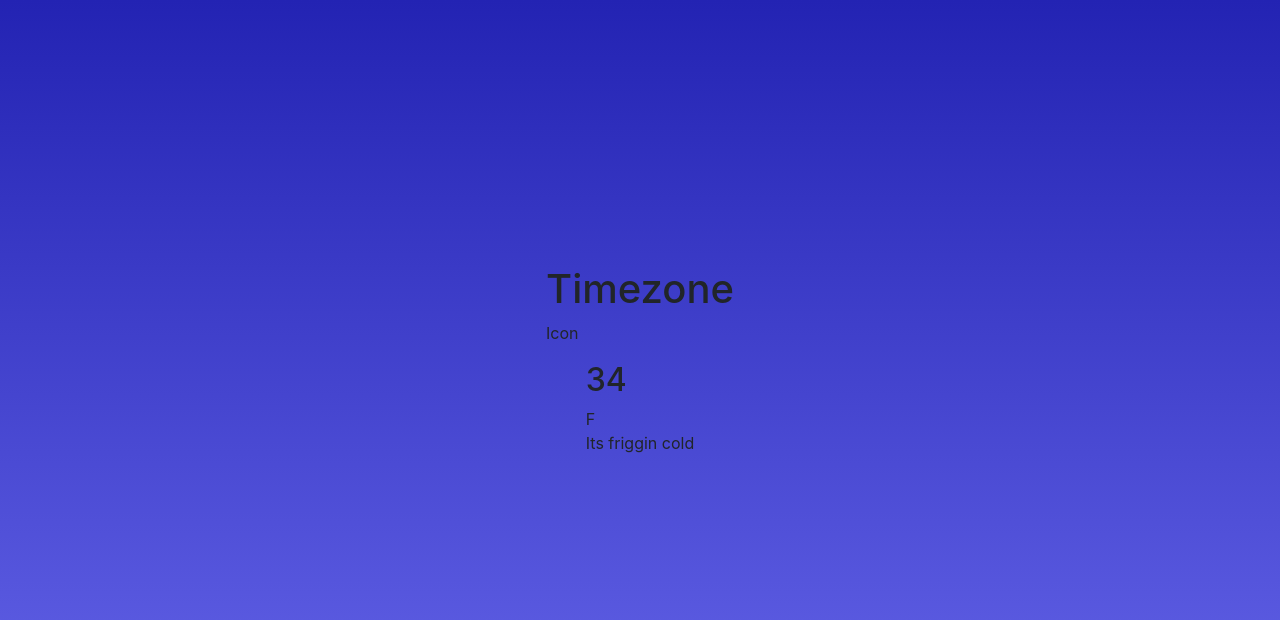
Repository: Samkiroko/js_weather_app
Page: /
An editor plug-in stored every save of this project. The page is shown before and after the next save, followed by the edit.
The browser window is 1280 px wide. The pictures show the whole page.
The project was rebuilt for these pictures with package versions that can differ from the ones it lists, and the page was loaded fresh each time. Also part of the build but not shown: webpack.config.js.

Above is the page before, as saved 2020-07-28 01:34:06.
Console error: TypeError: Cannot read properties of null (reading 'appendChild')

### index.html
<!DOCTYPE html>
<html lang="en">
  <head>
    <meta charset="UTF-8" />
    <meta name="viewport" content="width=device-width, initial-scale=1.0" />
    <link rel="stylesheet" href="./style.css" />
    <title>Weather App</title>
  </head>
  <body>
    <div class="location">
      <h1 class="location-timezone">Timezone</h1>
      <p>Icon</p>
    </div>
    <div class="temperature">
      <div class="degree-section">
        <h2 class="temperature-degree">34</h2>
        <span>F</span>
      </div>
      <div class="temperature-description">Its friggin cold</div>
    </div>
    <script src="app.js"></script>
  </body>
</html>

### src/index.js
import './assets/stylesheets/style.scss';
import {
  drawMainBox,
} from './assets/js/components';


drawMainBox();

### src/assets/stylesheets/style.scss
$dayBottomColor: rgb(97, 97, 230);
$dayTopColor: rgb(35, 35, 179);
$nightBottomColor: rgb(8, 4, 87);
$nigthTopColor: rgb(8, 7, 17);
$colorF: rgb(23, 214, 221);
$colorC: rgb(22, 112, 230);
$mediumFontSize: 2rem;
$largeFontSize: 3.2rem;

@import "~bootstrap/scss/bootstrap";

body {
  height: 100vh;
}

footer {
  a {
    color: rgb(199, 194, 194);
  }

  a:hover {
    color: rgb(99, 223, 240);
    text-decoration: none;
  }
}

.mainBox {
  height: 80vh;
  min-height: 400px;

  @media (max-width: 576px) { width: 95vw; }

  @media (min-width: 576px) and (max-width: 768px) { width: 90vw; }

  @media (min-width: 768px) { width: 80vw; }

  .title {
    @media (max-width: 576px) { font-size: 1rem; }

    @media (min-width: 576px) and (max-width: 768px) { font-size: 1.5rem; }

    @media (min-width: 768px) { font-size: 2rem; }
  }

  .medium-text {
    @media (max-width: 576px) { font-size: 1rem; }

    @media (min-width: 576px) and (max-width: 768px) { font-size: 1.5rem; }

    @media (min-width: 768px) { font-size: 2rem; }
  }

  .large-text {
    @media (max-width: 576px) { font-size: 1.5rem; }

    @media (min-width: 576px) and (max-width: 768px) { font-size: 2.1rem; }

    @media (min-width: 768px) { font-size: 3.2rem; }
  }

  .weatherBox {
    .cityBox {
      @media (max-width: 768px) { width: 40vw; }

      @media (min-width: 768px) { width: 50vw; }

      a:hover {
        text-decoration: none;
      }
    }

    .iconBox {
      width: 10vw;

      @media (max-width: 768px) { width: 10vw; }

      @media (min-width: 768px) { width: 20vw; }

      height: 10vw;
      min-width: 80px;
      min-height: 80px;
    }

    .temperatureBox {
      @media (max-width: 576px) { width: 35vw; }

      @media (min-width: 576px) and (max-width: 768px) { width: 30vw; }

      @media (min-width: 768px) { width: 20vw; }
    }

    .icons {
      width: 30px;
      height: 30px;
    }
  }
}

.switch {
  position: relative;
  display: inline-block;
  width: 60px;
  height: 34px;

  input {
    opacity: 0;
    width: 0;
    height: 0;
  }
}

.slider {
  position: absolute;
  cursor: pointer;
  top: 0;
  left: 0;
  right: 0;
  bottom: 0;
  background-color: $colorC;
  transition: 200ms;
}

.slider::before {
  position: absolute;
  content: "";
  height: 26px;
  width: 26px;
  left: 4px;
  bottom: 4px;
  background-color: white;
  transition: 200ms;
}

input:checked + .slider {
  background-color: $colorF;
}

input:focus + .slider {
  box-shadow: 0 0 1px blue;
}

input:checked + .slider::before {
  transform: translateX(26px);
}

.slider.round {
  border-radius: 34px;
}

.slider.round::before {
  border-radius: 50%;
}

.night {
  background: linear-gradient(to top, $nightBottomColor, $nigthTopColor);
}

.day {
  background: linear-gradient(to top, $dayBottomColor, $dayTopColor);
}

### src/assets/js/components.js
/* eslint-disable import/no-cycle, no-unused-vars */
import { max } from 'moment';
import render from './renderData';
import askAPIFor from './apiData';
import imgHumidity from '../images/humidity.png';
import skyLine from '../images/skyline.png';
import location from '../images/location.png';

const body = document.getElementsByTagName('body')[0];
const container = document.getElementById('container');
const mainBox = document.createElement('div');
const footer = document.createElement('footer');
const background = new Image();
const title = document.createElement('h1');
const textBoxArea = document.createElement('div');
const cityInput = document.createElement('input');
const weatherBox = document.createElement('div');
const cityBox = document.createElement('div');
const iconBox = document.createElement('div');
const temperatureBox = document.createElement('div');
const current = document.createElement('div');
const minMax = document.createElement('div');
const switchBox = document.createElement('div');
const labelSwitch = document.createElement('label');
const inputSwitch = document.createElement('input');
const spanSwitch = document.createElement('span');
const celsius = document.createElement('span');
const fahrenheit = document.createElement('span');
let metric = false;
let unit = '°F';

const tempCelsius = {
  current: 0,
  min: 0,
  max: 0,
};

const tempFahrenheit = {
  current: 0,
  min: 0,
  max: 0,
};

const drawMainBox = () => {
  body.classList.add('day');
  background.src = skyLine;
  mainBox.style.background = `url('${skyLine.slice(4, skyLine.length)}') top/cover no-repeat`;
  mainBox.classList.add('mainBox', 'border', 'border-white', 'mx-auto', 'my-4', 'rounded', 'text-white', 'd-flex', 'flex-column');
  const cityLabel = document.createElement('div');

  title.classList.add('title', 'text-center');
  title.innerHTML = 'Weather app';

  textBoxArea.classList.add('d-flex', 'flex-row', 'justify-content-center', 'align-items-center');

  cityInput.classList.add('w-50');

  cityInput.addEventListener('keypress', function func(e) {
    if (e.keyCode === 13) {
      render(askAPIFor(this.value));
    }
    return false;
  });

  weatherBox.classList.add('weatherBox', 'd-flex', 'flex-row', 'pt-5');

  cityLabel.classList.add('my-3', 'mr-3');
  cityLabel.innerHTML = 'City';

  cityBox.classList.add('cityBox');
  iconBox.classList.add('iconBox');
  iconBox.setAttribute('id', 'iconBox');
  temperatureBox.classList.add('temperatureBox');

  footer.classList.add('text-center', 'text-white', 'footer');
  footer.innerHTML = '© 2020 <a href=\'https://www.carlossantamaria.co\' target=\'_blank\'>Carlos Santamaría</a>';

  textBoxArea.appendChild(cityLabel);
  textBoxArea.appendChild(cityInput);

  weatherBox.appendChild(cityBox);
  weatherBox.appendChild(iconBox);
  weatherBox.appendChild(temperatureBox);

  mainBox.appendChild(title);
  mainBox.appendChild(textBoxArea);
  mainBox.appendChild(weatherBox);

  container.appendChild(mainBox);
  container.appendChild(footer);
};

const changeBackground = (time) => {
  if (time === 'night') {
    if (body.classList.contains('day')) {
      body.classList.remove('day');
    }
    body.classList.add('night');
  } else {
    if (body.classList.contains('night')) {
      body.classList.remove('night');
    }
    body.classList.add('day');
  }
};

const fillCityBox = (city, country, hour, message, humidity, linkMap) => {
  while (cityBox.firstChild) {
    cityBox.removeChild(cityBox.firstChild);
  }
  const place = document.createElement('div');
  const map = location.slice(4, location.length);
  const time = document.createElement('div');
  time.classList.add('medium-text', 'pl-lg-5', 'pl-3');
  const msg = document.createElement('div');
  const humidityBox = document.createElement('div');
  humidityBox.classList.add('d-flex', 'flex-row', 'align-items-center');
  const humidityIcon = new Image();
  humidityIcon.src = imgHumidity.slice(4, imgHumidity.length);
  humidityIcon.classList.add('mx-lg-5', 'mx-3');
  const humidityValue = document.createElement('div');
  humidityValue.innerHTML = `${humidity} %`;
  humidityValue.classList.add('medium-text', 'my-10');
  humidityBox.appendChild(humidityIcon);
  humidityBox.appendChild(humidityValue);
  msg.classList.add('medium-text', 'pl-lg-5', 'pl-3');
  place.innerHTML = `${city}, ${country} <a href='${linkMap}' target='_blank'><img src=${map}></a>`;
  place.classList.add('large-text', 'pl-lg-5', 'pl-3');
  time.innerHTML = hour;
  msg.innerHTML = message;
  cityBox.appendChild(place);
  cityBox.appendChild(time);
  cityBox.appendChild(msg);
  cityBox.appendChild(humidityBox);
};

const fillIconBox = (icon) => {
  const url = `http://openweathermap.org/img/w/${icon}.png`;
  const box = document.getElementById('iconBox');
  box.style.background = `url("${url}") center/cover no-repeat`;
};

const switchUnits = (metric) => {
  if (metric) {
    unit = '°C';
    current.innerHTML = `${tempCelsius.current} ${unit}`;
    minMax.innerHTML = `Min. ${tempCelsius.min}${unit} <br>  Max. ${tempCelsius.max}${unit}`;
  } else {
    unit = '°F';
    current.innerHTML = `${tempFahrenheit.current} ${unit}`;
    minMax.innerHTML = `Min. ${tempFahrenheit.min}${unit} <br>  Max. ${tempFahrenheit.max}${unit}`;
  }
};

const fillTemperatureBox = (temp, tMin, tMax) => {
  while (temperatureBox.firstChild) {
    temperatureBox.removeChild(temperatureBox.firstChild);
  }
  tempFahrenheit.current = temp;
  tempFahrenheit.min = tMin;
  tempFahrenheit.max = tMax;
  tempCelsius.current = Math.round(((temp - 32) * 5) / 9);
  tempCelsius.min = Math.round(((tMin - 32) * 5) / 9);
  tempCelsius.max = Math.round(((tMax - 32) * 5) / 9);
  if (metric) {
    switchUnits(metric);
  } else {
    current.innerHTML = `${temp} ${unit}`;
    minMax.innerHTML = `Min. ${tMin}${unit} <br>  Max. ${tMax}${unit}`;
  }
  current.classList.add('large-text', 'pl-lg-4');
  minMax.classList.add('medium-text', 'pl-lg-4');

  temperatureBox.appendChild(current);
  temperatureBox.appendChild(minMax);

  switchBox.classList.add('mx-lg-4');

  celsius.innerHTML = '°C';
  fahrenheit.innerHTML = '°F';

  labelSwitch.classList.add('switch', 'mx-lg-2');

  inputSwitch.setAttribute('type', 'checkbox');
  metric = inputSwitch.checked;

  spanSwitch.classList.add('slider', 'round');

  labelSwitch.appendChild(inputSwitch);
  labelSwitch.appendChild(spanSwitch);

  inputSwitch.addEventListener('change', () => {
    metric = inputSwitch.checked;
    switchUnits(metric);
  });

  switchBox.appendChild(fahrenheit);
  switchBox.appendChild(labelSwitch);
  switchBox.appendChild(celsius);
  temperatureBox.appendChild(switchBox);
};

export {
  body,
  drawMainBox,
  changeBackground,
  fillCityBox,
  fillIconBox,
  fillTemperatureBox,
};

### src/assets/js/renderData.js
/* eslint-disable import/no-cycle, no-unused-vars */
import moment from 'moment';
import regeneratorRuntime from 'regenerator-runtime';
import {
  changeBackground,
  fillCityBox,
  fillIconBox,
  fillTemperatureBox,
} from './components';

const render = async (data) => {
  const objectData = await data;
  const city = objectData.name;
  const { country } = objectData.sys;
  const temp = Math.round(objectData.main.temp);
  const tempMax = Math.round(objectData.main.temp_max);
  const tempMin = Math.round(objectData.main.temp_min);
  const { humidity } = objectData.main;
  const message = objectData.weather[0].description;
  const { icon } = objectData.weather[0];
  const timeZone = objectData.timezone;
  const offsetInMinutes = timeZone / 60;
  const currTime = moment().utcOffset(offsetInMinutes).format('h:mm A');
  const hours = parseInt(moment().utcOffset(offsetInMinutes).format('HH'), 10);
  const mapLink = `https://www.google.com/maps/@?api=1&map_action=map&center=${objectData.coord.lat},${objectData.coord.lon}&zoom=12&basemap=terrain`;
  if (hours < 6 || hours > 18) {
    changeBackground('night');
  } else {
    changeBackground('day');
  }

  fillCityBox(city, country, currTime, message, humidity, mapLink);
  fillIconBox(icon);
  fillTemperatureBox(temp, tempMin, tempMax);
};


export default render;

### style.css
* {
  margin: 0;
  padding: 0;
  box-sizing: border-box;
}

body {
  height: 100vh;
  display: flex;
  justify-content: center;
  flex-direction: column;
  align-items: center;
  background: linear-gradient(rgb(47, 150, 163), rgb(48, 62, 143));
  font-family: sans-serif;
  color: white;
}

.location .temperature {
  height: 30vh;
  width: 50%;
  display: flex;
  justify-content: space-around;
  align-items: center;
}

.temperature {
  flex-direction: column;
}

Loaded but not shown: src/assets/js/apiData.js (no copy from this time; the picture is the same without it); app.js (no stored copy; drawn as an empty file)

After the next save:
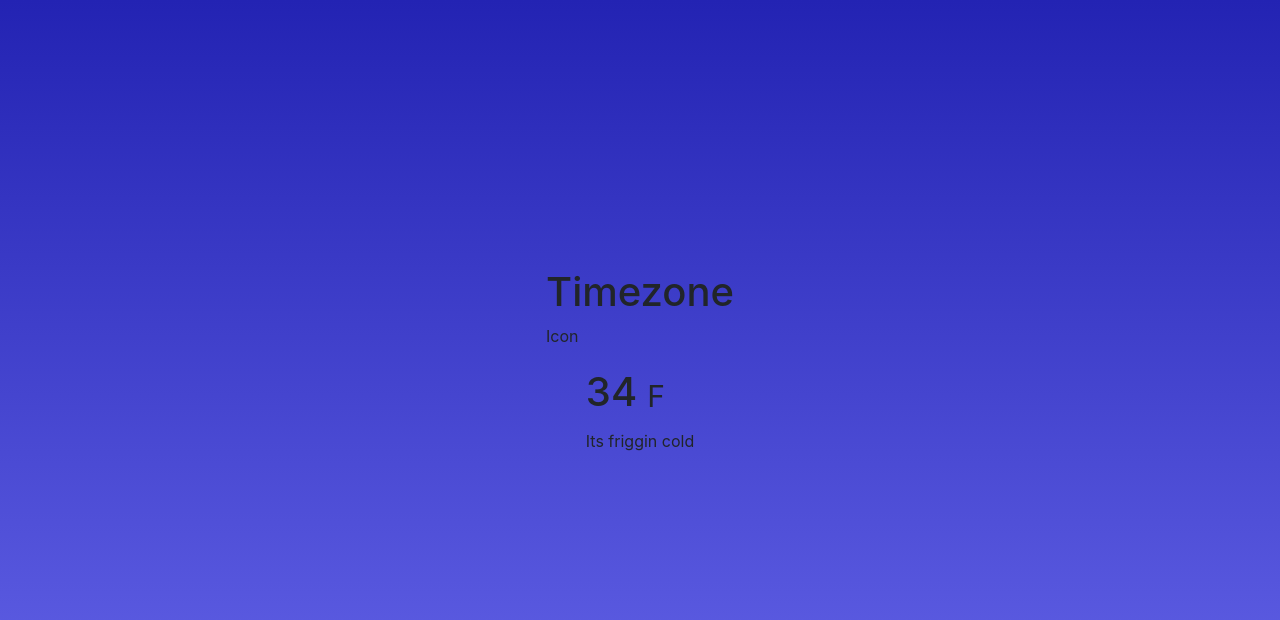
Saved 2 min 41 s later.
--- a/style.css
+++ b/style.css
@@ -26,3 +26,16 @@ body {
 .temperature {
   flex-direction: column;
 }
+.degree-section {
+  display: flex;
+  align-items: center;
+}
+
+.degree-section span {
+  margin: 10px;
+  font-size: 30px;
+}
+
+.degree-section h2 {
+  font-size: 40px;
+}
